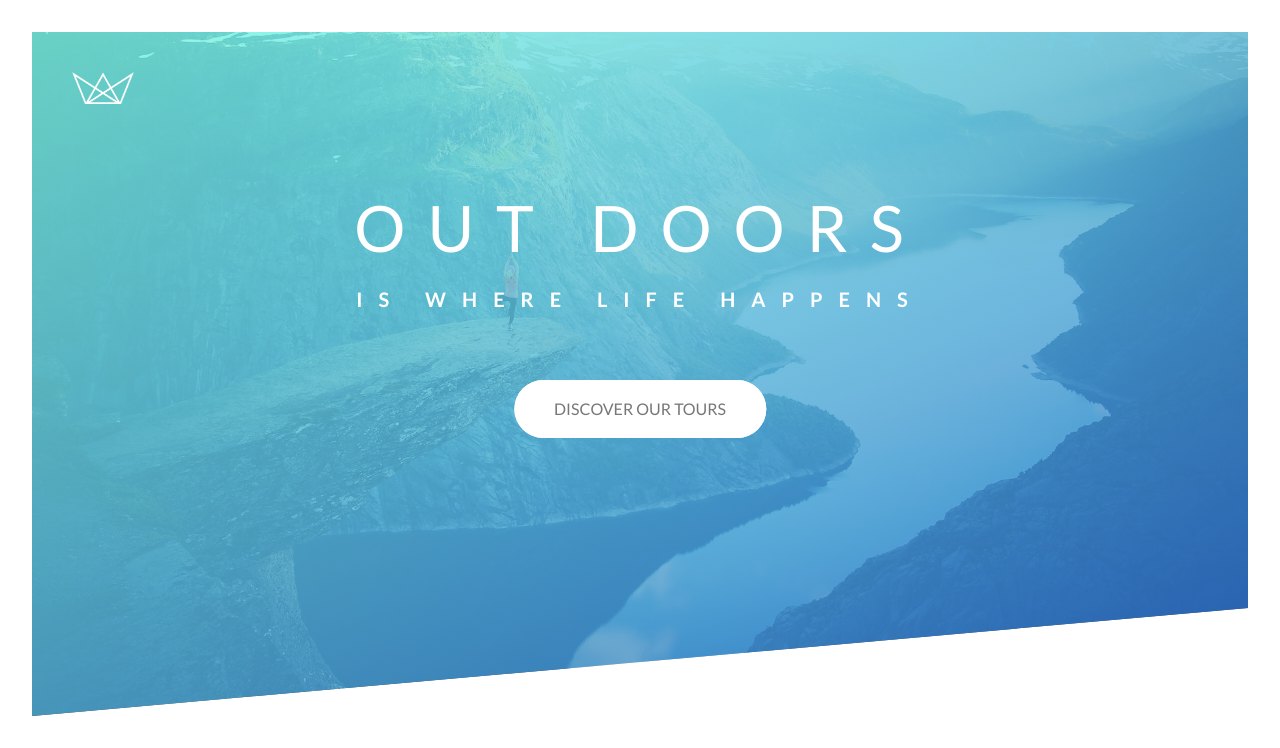
Repository: haokiet2501/natours-page
Page: index.html
These files come from the project's save history. The page is drawn as it stood at one moment and after the next save; the edit follows.
The browser window is 1280 px wide. The pictures show the whole page.

Above is the page before, as saved 2022-08-05 13:18:25.

After the next save:
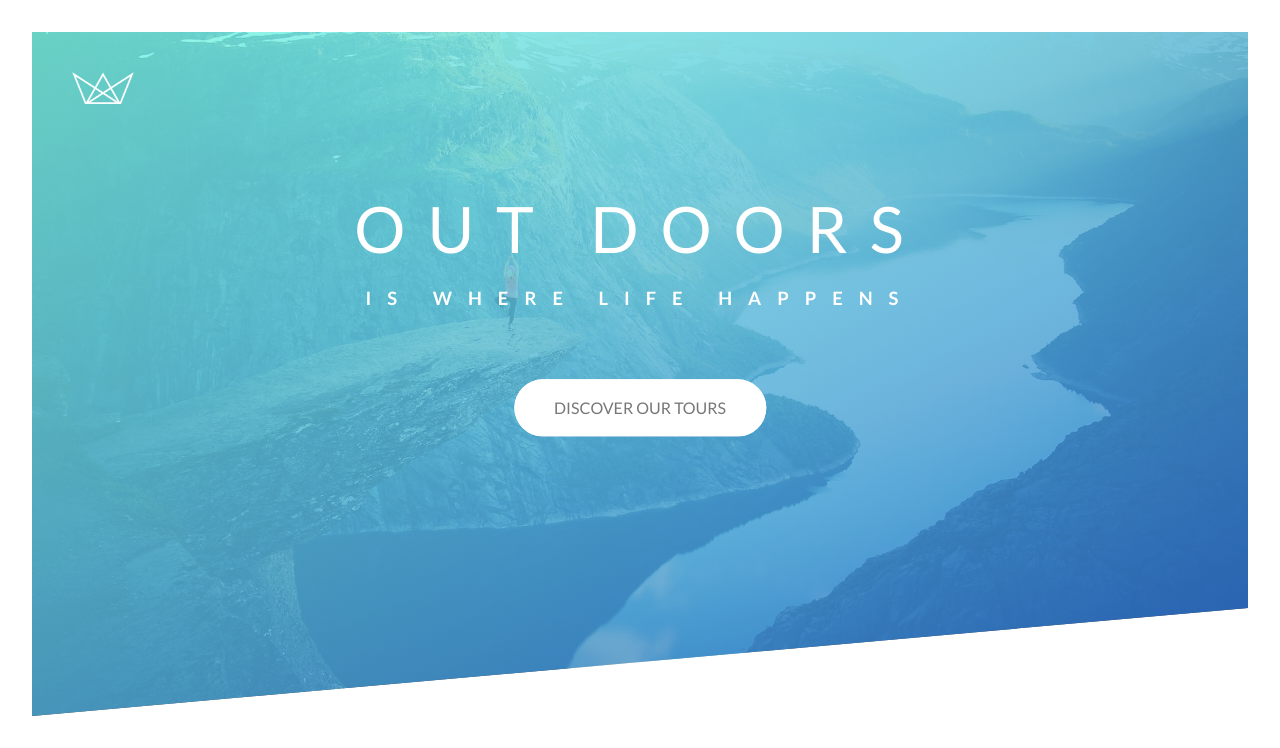
Saved 1 s later.
--- a/styles.css
+++ b/styles.css
@@ -74,7 +74,7 @@ html {
 
 .heading-subtext {
     display: block;
-    font-size: 1.25rem;
+    font-size: 1.15rem;
     font-weight: 700;
     letter-spacing: 1rem;
     animation: 1s moveRight ease-out;
